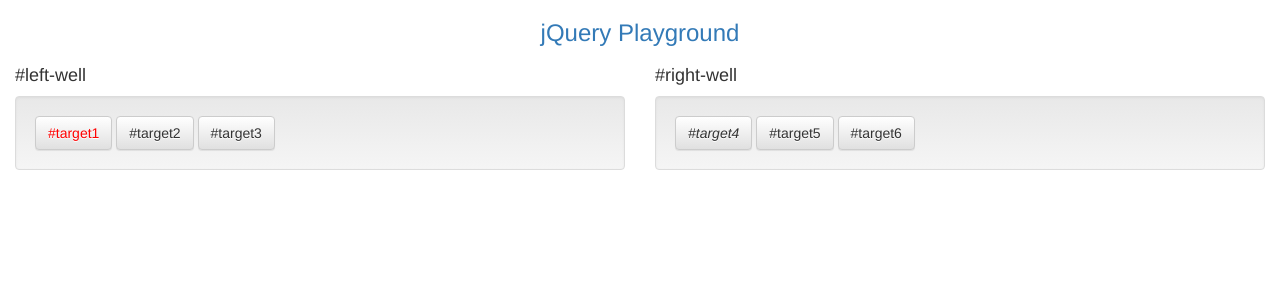
Repository: glgeorgiou/100-days-of-code-projects
Page: Front End Libraries Certification/2.Introduction to jQuery/11.remove-an-element.html
The author's editor kept a copy of each file at every save. The page is drawn from the files as they stood at one save, then again after the next save.
The browser window is 1280 px wide. The pictures show the whole page.

Above is the page before, as saved 2019-05-22 13:47:47.

### Front End Libraries Certification/2.Introduction to jQuery/11.remove-an-element.html
<!DOCTYPE html>
<html lang="en">
<head>
  <meta charset="UTF-8">
  <meta name="viewport" content="width=device-width, initial-scale=1.0">
  <meta http-equiv="X-UA-Compatible" content="ie=edge">
  <title>jQuery Playground</title>

   <!-- Latest compiled and minified CSS -->
   <link rel="stylesheet" href="https://stackpath.bootstrapcdn.com/bootstrap/3.4.1/css/bootstrap.min.css" integrity="sha384-HSMxcRTRxnN+Bdg0JdbxYKrThecOKuH5zCYotlSAcp1+c8xmyTe9GYg1l9a69psu" crossorigin="anonymous">

   <!-- Optional theme -->
   <link rel="stylesheet" href="https://stackpath.bootstrapcdn.com/bootstrap/3.4.1/css/bootstrap-theme.min.css" integrity="sha384-6pzBo3FDv/PJ8r2KRkGHifhEocL+1X2rVCTTkUfGk7/0pbek5mMa1upzvWbrUbOZ" crossorigin="anonymous">

  <script src="jquery-3.4.1.min.js"></script>
</head>

<body>
    <!-- https://api.jquery.com/html/ -->
    <script>
        $(document).ready(function() {
          $("#target1").css("color","red");
          $("#target4").html("<em>#target4</em>"); //Empasized text
        });
    </script>
  <!-- Only change code above this line. -->

<div class="container-fluid">
  <h3 class="text-primary text-center">jQuery Playground</h3>
  <div class="row">
    <div class="col-xs-6">
      <h4>#left-well</h4>
      <div class="well" id="left-well">
        <button class="btn btn-default target" id="target1">#target1</button>
        <button class="btn btn-default target" id="target2">#target2</button>
        <button class="btn btn-default target" id="target3">#target3</button>
      </div>
    </div>
    <div class="col-xs-6">
      <h4>#right-well</h4>
      <div class="well" id="right-well">
        <button class="btn btn-default target" id="target4">#target4</button>
        <button class="btn btn-default target" id="target5">#target5</button>
        <button class="btn btn-default target" id="target6">#target6</button>
      </div>
    </div>
  </div>
</div>

     <!-- Boostrap-->
        <!-- Latest compiled and minified JavaScript -->
        <script src="https://stackpath.bootstrapcdn.com/bootstrap/3.4.1/js/bootstrap.min.js" integrity="sha384-aJ21OjlMXNL5UyIl/XNwTMqvzeRMZH2w8c5cRVpzpU8Y5bApTppSuUkhZXN0VxHd" crossorigin="anonymous"></script>
</body>
</html>

Loaded but not shown: Front End Libraries Certification/2.Introduction to jQuery/jquery-3.4.1.min.js (library)

After the next save:
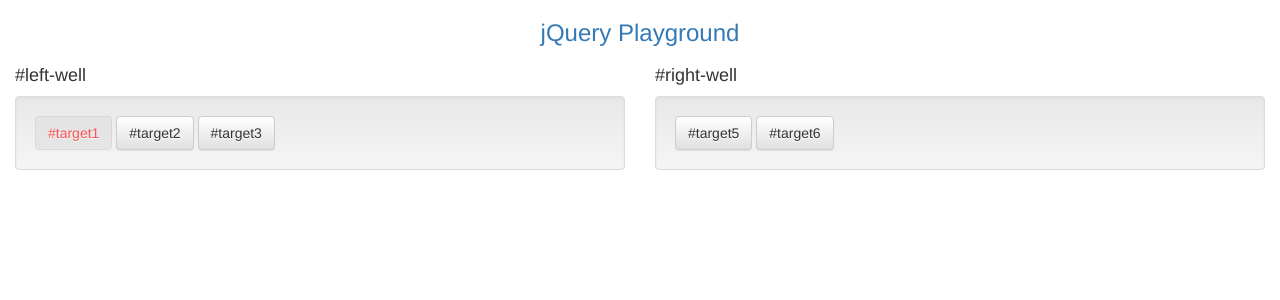
Saved 58 s later.
--- a/Front End Libraries Certification/2.Introduction to jQuery/11.remove-an-element.html
+++ b/Front End Libraries Certification/2.Introduction to jQuery/11.remove-an-element.html
@@ -19,8 +19,9 @@
     <!-- https://api.jquery.com/html/ -->
     <script>
         $(document).ready(function() {
-          $("#target1").css("color","red");
-          $("#target4").html("<em>#target4</em>"); //Empasized text
+            $("#target1").css("color", "red");
+            $("#target1").prop("disabled", true);
+            $("#target4").remove(); //Remove the html element
         });
     </script>
   <!-- Only change code above this line. -->
